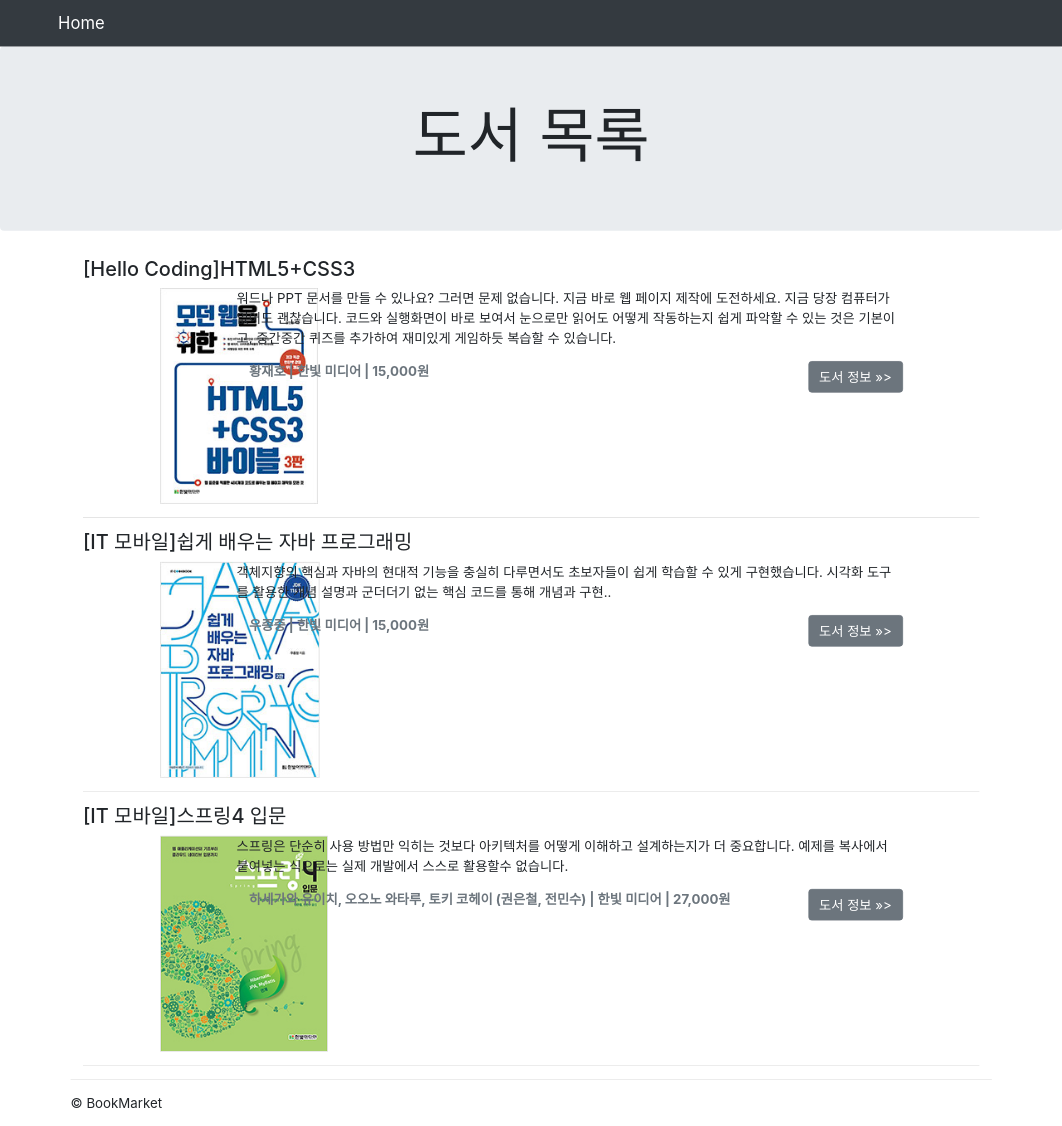
Repository: freedomseok8047/jsp
Page: http://localhost/BookMarket/books.jsp
The author's editor kept a copy of each file at every save. The page is drawn from the files as they stood at one save, then again after the next save.
The browser window is 1280 px wide. The pictures show the whole page, at 83% of full size.
The page is served by Tomcat 9.

Above is the page before, as saved 2023-08-25 05:37:06.

### BookMarket/src/main/webapp/books.jsp
<%@ page language="java" contentType="text/html; charset=UTF-8"
	pageEncoding="UTF-8"%>
<%@ page import="java.util.ArrayList, java.text.NumberFormat"%>
<%@ page import="dto.Book"%>
<jsp:useBean id="bookDAO" class="dao.BookRepository" scope="session" />
<!DOCTYPE html>
<html>
<head>
<meta charset="UTF-8">
<link rel="stylesheet" href="./resources/css/bootstrap.min.css" />
<title>도서 목록</title>
</head>
<body>
	<jsp:include page="menu.jsp" />
	<div class="jumbotron">
		<div class="container">
			<h1 class="display-3" align="center">도서 목록</h1>
		</div>
	</div>
	<%
	ArrayList<Book> listOfBooks = bookDAO.getAllBooks();
	NumberFormat format = java.text.NumberFormat.getNumberInstance(java.util.Locale.US);
	format.setGroupingUsed(true);
	%>

	<div class="container">
		<div class="col" align="left">
			<%
			for (int i = 0; i < listOfBooks.size(); i++) {
				Book book = listOfBooks.get(i);
			%>
			<div class="row-xl-4">

				<h4>
					[<%=book.getCategory()%>]<%=book.getName()%>
				</h4>
				<div class="row justify-content-md-center">
					<div class="col col-lg-1">
						<img src="resources/images/<%=book.getFilename()%>"
							alt=<%=book.getName()%>>
					</div>
					<div class="col col-lg-9">
						<p><%=book.getDescription()%>
						<div class="container">
							<div class="row">
								<p class="col font-weight-bold text-secondary"><%=book.getAuthor()%>
									|
									<%=book.getPublisher()%>
									|
									<%=format.format(book.getUnitPrice())%>원
								<p>
									<a href="./book.jsp?id=<%=book.getBookId()%>"
										class="btn btn-secondary" role="button">도서 정보 &raquo;></a>
							</div>
						</div>
					</div>
				</div>
			</div>
			<hr>
			<%
			}
			%>
		</div>
		<hr>
	</div>
	<jsp:include page="footer.jsp" />


</body>
</html>

### BookMarket/src/main/webapp/menu.jsp
<nav class="navbar navbar-expand navbar-dark bg-dark">
		<div class="container">
			<div class=" navbar-header">
				<a class="navbar-brand" href=" ./welcome.jsp">Home</a>
			</div>
		</div>
	</nav>

### BookMarket/src/main/webapp/footer.jsp
<footer class="container">
		<p>&copy; BookMarket</p>
	</footer>

### BookMarket/src/main/java/dao/BookRepository.java
package dao;

import java.util.ArrayList;

import dto.Book;
import dto.Book;

public class BookRepository {

	private ArrayList<Book> listOfBooks = new ArrayList<Book>();

	public BookRepository() {
		Book book1 =new Book("B1234","HTML5+CSS3",15000);
		book1.setDescription("워드나 PPT 문서를 만들 수 있나요? 그러면 문제 없습니다. 지금 바로 웹 페이지 제작에 도전하세요. 지금 당장 컴퓨터가 없어도 괜찮습니다. 코드와 실행화면이 바로 보여서 눈으로만 읽어도 어떻게 작동하는지 쉽게 파악할 수 있는 것은 기본이고, 중간중간 퀴즈를 추가하여 재미있게 게임하듯 복습할 수 있습니다. ");
		book1.setAuthor("황재호");
		book1.setPublisher("한빛 미디어");
		book1.setCategory("Hello Coding");
		book1.setUnitsInStock(1000);
		book1.setTotalPages(700);
		book1.setReleaseDate("8월/22년");
		book1.setCondition("New");
		book1.setFilename("P1234.jpg");


		Book book2 =new Book("B1235","쉽게 배우는 자바 프로그래밍",15000);
		book2.setDescription("객체지향의 핵심과 자바의 현대적 기능을 충실히 다루면서도 초보자들이 쉽게 학습할 수 있게 구현했습니다. 시각화 도구를 활용한 개념 설명과 군더더기 없는 핵심 코드를 통해 개념과 구현..");
		book2.setAuthor("우종중");
		book2.setPublisher("한빛 미디어");
		book2.setCategory("IT 모바일");
		book2.setUnitsInStock(1000);
		book2.setTotalPages(700);
		book2.setReleaseDate("8월/22년");
		book2.setCondition("New");
		book2.setFilename("P1235.jpg");

		Book book3 =new Book("B1236","스프링4 입문",27000);
		book3.setDescription("스프링은 단순히 사용 방법만 익히는 것보다 아키텍처를 어떻게 이해하고 설계하는지가 더 중요합니다. 예제를 복사에서 붙여넣는 식으로는 실제 개발에서 스스로 활용할수 없습니다.");
		book3.setAuthor("하세가와 유이치, 오오노 와타루, 토키 코헤이 (권은철, 전민수)");
		book3.setPublisher("한빛 미디어");
		book3.setCategory("IT 모바일");
		book3.setUnitsInStock(1000);
		book3.setTotalPages(700);
		book3.setReleaseDate("8월/22년");
		book3.setCondition("New");
		book3.setFilename("P1236.jpg");

		listOfBooks.add(book1);
		listOfBooks.add(book2);
		listOfBooks.add(book3);
	}
		public ArrayList<Book> getAllBooks() {
			return listOfBooks;
	}
		public Book getBookById(String bookId) {
			Book bookById = null;
			for(int i =0; i < listOfBooks.size(); i++ ) {
				Book book = listOfBooks.get(i);
				if(book != null && book.getBookId() != null && book.getBookId().equals(bookId)) {
					bookById = book;
					break;
				}
			}
			return bookById;
		}
}

### BookMarket/src/main/java/dto/Book.java
package dto;

import java.io.Serializable;

public class Book implements Serializable {

	private static final long serialVersionUID = -4274700572038677000L;

	private String bookId;
	private String name;
	private Integer unitPrice;
	private String author;
	private String description;
	private String publisher;
	private String category;
	private long unitsInStock;
	private long totalPages;
	private String releaseDate;
	private String condition;
	private String filename;

	public String getFilename() {
		return filename;
	}

	public void setFilename(String filename) {
		this.filename = filename;
	}

	public Book() {
		super();
	}

	public Book(String bookId, String name, Integer unitPrice) {
		this.bookId = bookId;
		this.name = name;
		this.unitPrice = unitPrice;
	}


	public String getBookId() {
		return bookId;
	}
	public void setBookId(String bookId) {
		this.bookId = bookId;
	}
	public String getName() {
		return name;
	}
	public void setName(String name) {
		this.name = name;
	}
	public Integer getUnitPrice() {
		return unitPrice;
	}
	public void setUnitPrice(Integer unitPrice) {
		this.unitPrice = unitPrice;
	}
	public String getAuthor() {
		return author;
	}
	public void setAuthor(String author) {
		this.author = author;
	}
	public String getDescription() {
		return description;
	}
	public void setDescription(String description) {
		this.description = description;
	}
	public String getPublisher() {
		return publisher;
	}
	public void setPublisher(String publisher) {
		this.publisher = publisher;
	}
	public String getCategory() {
		return category;
	}
	public void setCategory(String category) {
		this.category = category;
	}
	public long getUnitsInStock() {
		return unitsInStock;
	}
	public void setUnitsInStock(long unitsInStock) {
		this.unitsInStock = unitsInStock;
	}
	public long getTotalPages() {
		return totalPages;
	}
	public void setTotalPages(long totalPages) {
		this.totalPages = totalPages;
	}
	public String getReleaseDate() {
		return releaseDate;
	}
	public void setReleaseDate(String releaseDate) {
		this.releaseDate = releaseDate;
	}
	public String getCondition() {
		return condition;
	}
	public void setCondition(String condition) {
		this.condition = condition;
	}


}

Loaded but not shown: BookMarket/src/main/webapp/resources/css/bootstrap.min.css (library)

After the next save:
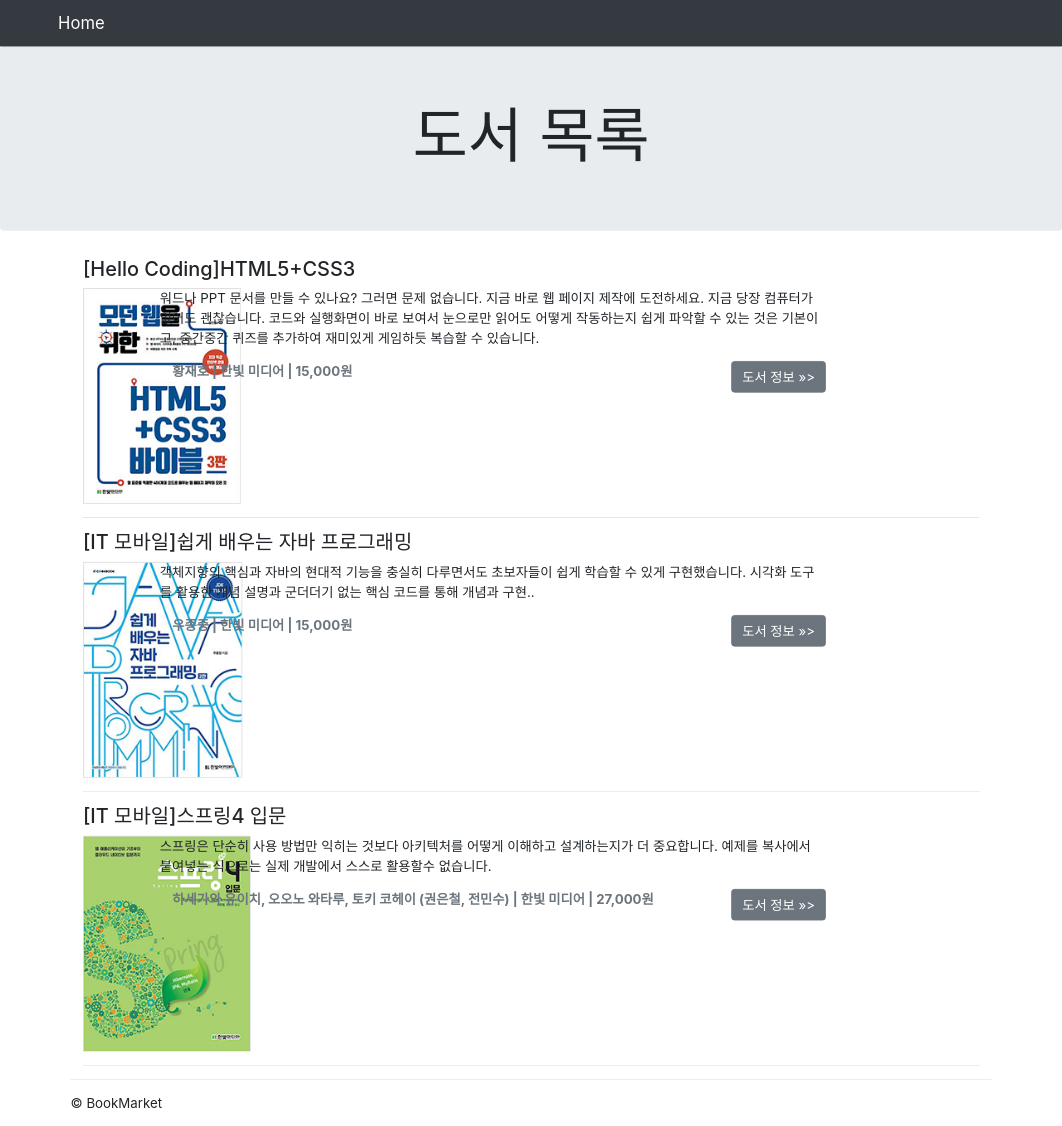
Saved 31 s later.
--- a/BookMarket/src/main/webapp/books.jsp
+++ b/BookMarket/src/main/webapp/books.jsp
@@ -34,7 +34,7 @@
 				<h4>
 					[<%=book.getCategory()%>]<%=book.getName()%>
 				</h4>
-				<div class="row justify-content-md-center">
+				<div class="row">
 					<div class="col col-lg-1">
 						<img src="resources/images/<%=book.getFilename()%>"
 							alt=<%=book.getName()%>>
